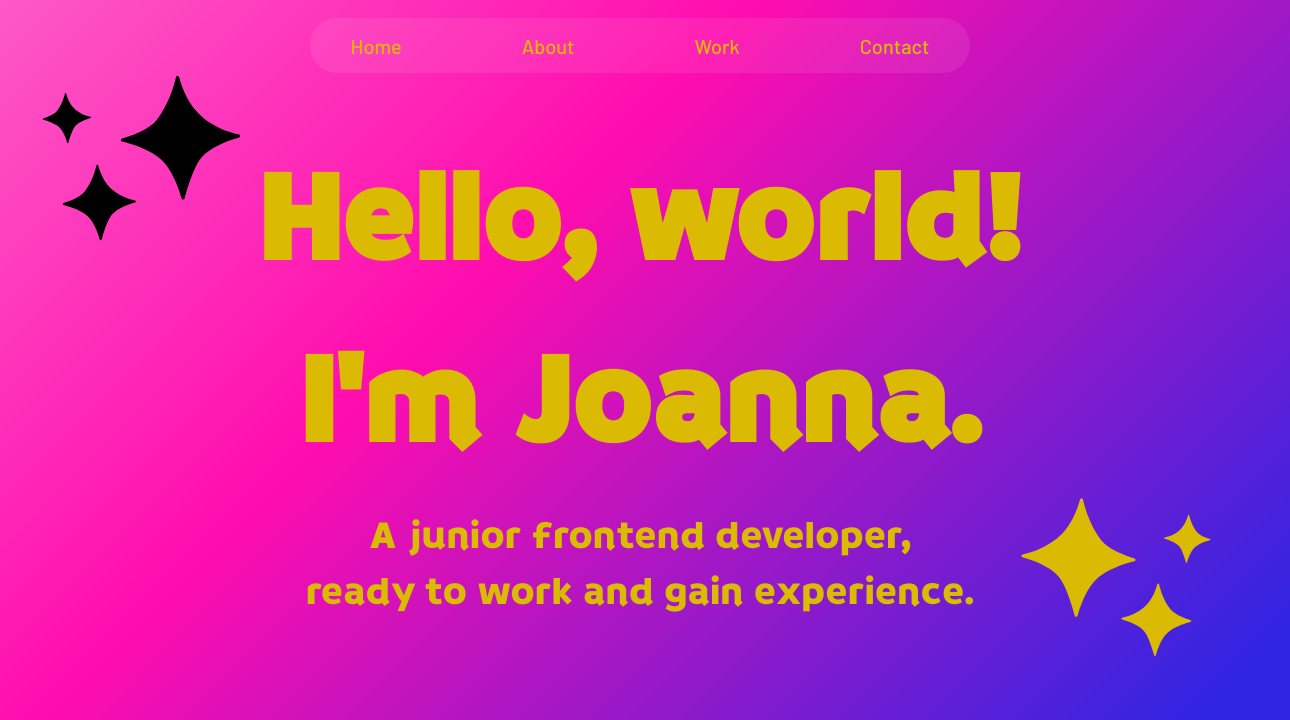
Repository: JJonka/portfolio_site
Page: /
The author's editor kept a copy of each file at every save. The page is drawn from the files as they stood at one save, then again after the next save.
The browser window is 1280 px wide. The page is 1290 px wide, so the pictures cover 1290 px, including what lies to the right of the window. The pictures show the whole page.
The project was rebuilt for these pictures with package versions that can differ from the ones it lists, and the page was loaded fresh each time. Also part of the build but not shown: vite.config.ts, src/components/EndOfSection.module.scss, src/components/EndOfSection.tsx, src/pages/About.tsx, src/components/LogoIcon.module.scss, src/components/LogoIcon.tsx, src/pages/Contact.tsx, src/pages/Work.module.scss and 1 more.

Above is the page before, as saved 2023-10-08 15:46:33.

After the next save:
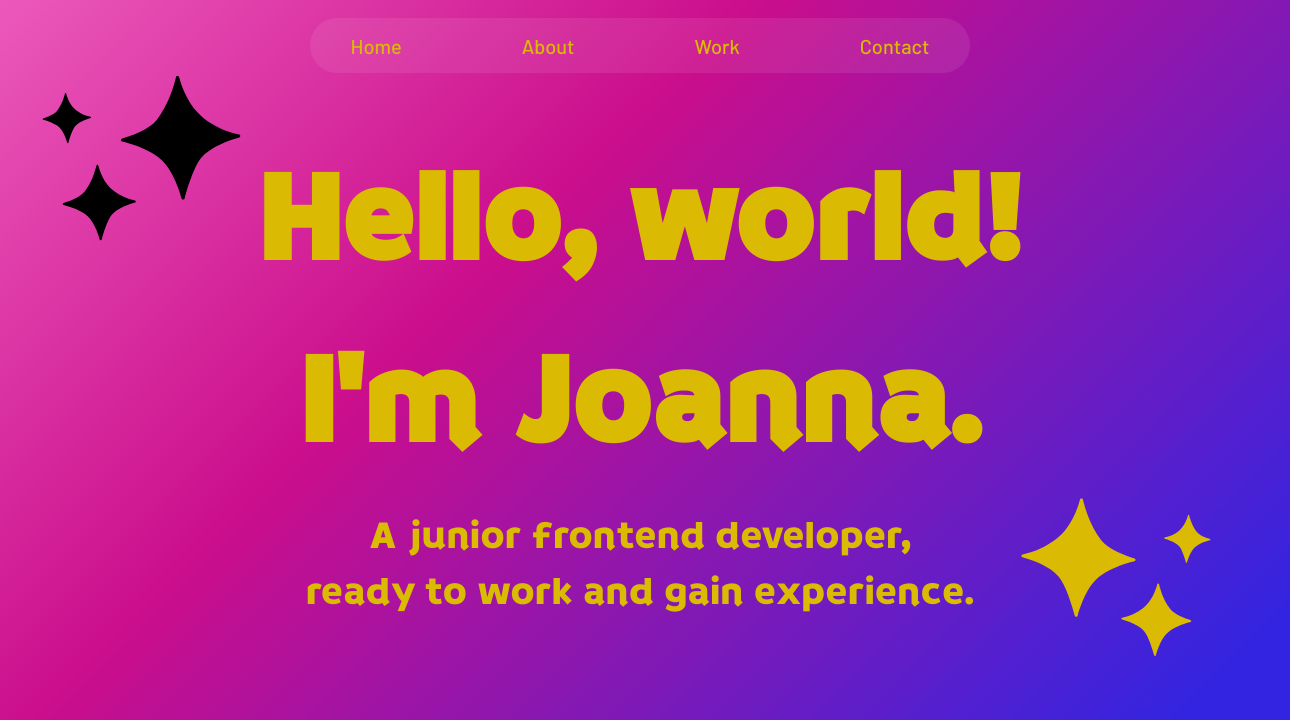
Saved 5 s later.
--- a/src/App.css
+++ b/src/App.css
@@ -19,7 +19,7 @@ body {
 }
 
 .mainBackground {
-    background-image: linear-gradient(135deg, #fc79d0 15%, #ff00aa 50% , #2719e0 85%);
+    background-image: linear-gradient(135deg, #fc79d0 15%, #c80186 50% , #2719e0 85%);
     animation: slide 5s linear infinite alternate;
     animation-fill-mode: backwards;
     animation-delay: -1s;
